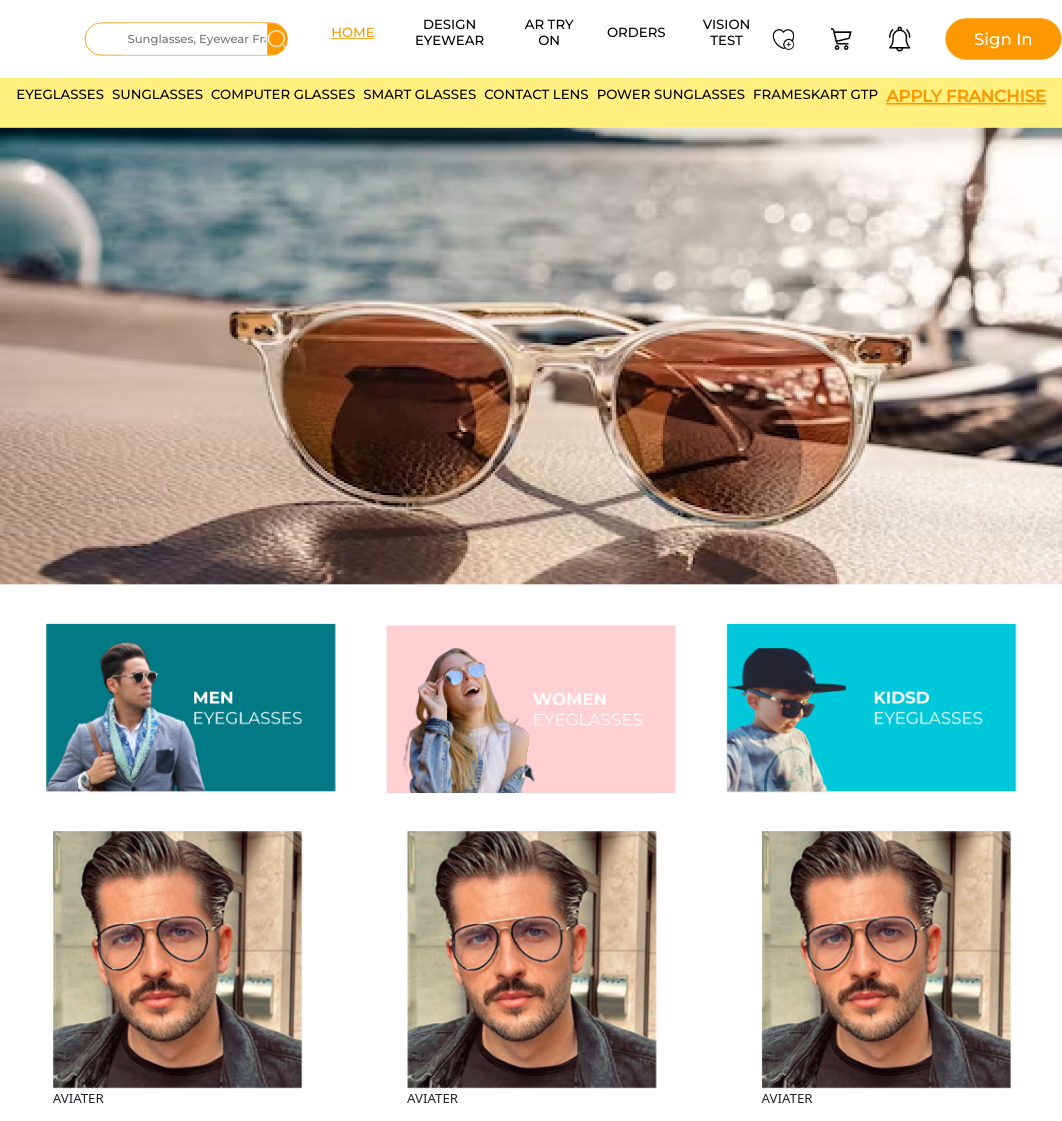
Repository: FlyweisReact/Frameskart
Page: /
The author's editor kept a copy of each file at every save. The page is drawn from the files as they stood at one save, then again after a run of saves.
The browser window is 1280 px wide. The pictures show the whole page, at 83% of full size.
The project was rebuilt for these pictures with package versions that can differ from the ones it lists, and the page was loaded fresh each time.

Above is the page before, as saved 2023-10-21 15:12:53.

After the next 2 saves:
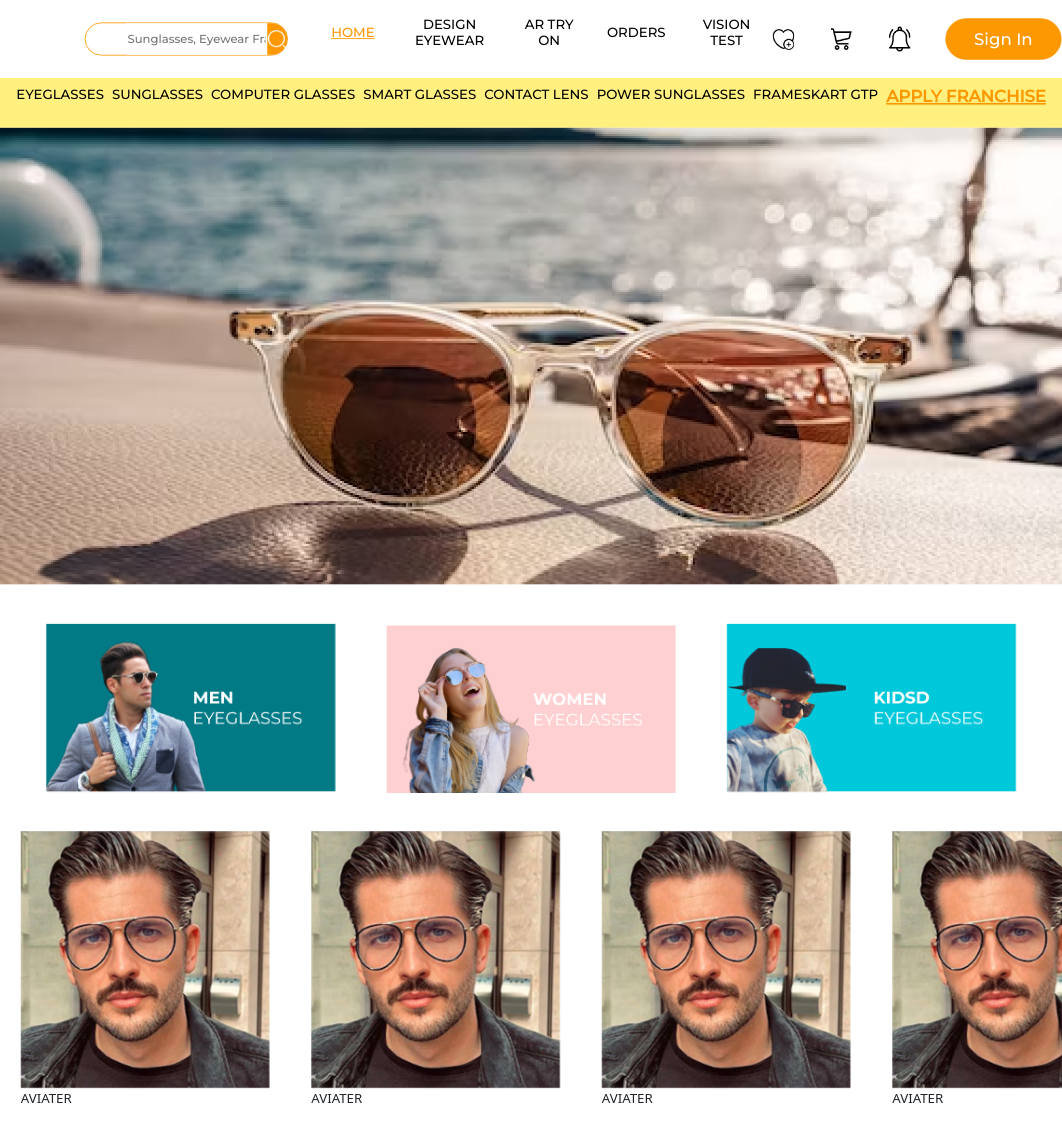
The 2 saves are shown as one change because they came seconds apart.
The last was saved 7 s later.
--- a/src/CSS/style.css
+++ b/src/CSS/style.css
@@ -178,4 +178,6 @@
 .shop_slider .Main img{
   width: 100%;
 }
-.shop_slider .slick-slide slick-active slick-current"
+.shop_slider .slick-slide {
+  width: 350px !important;
+}
